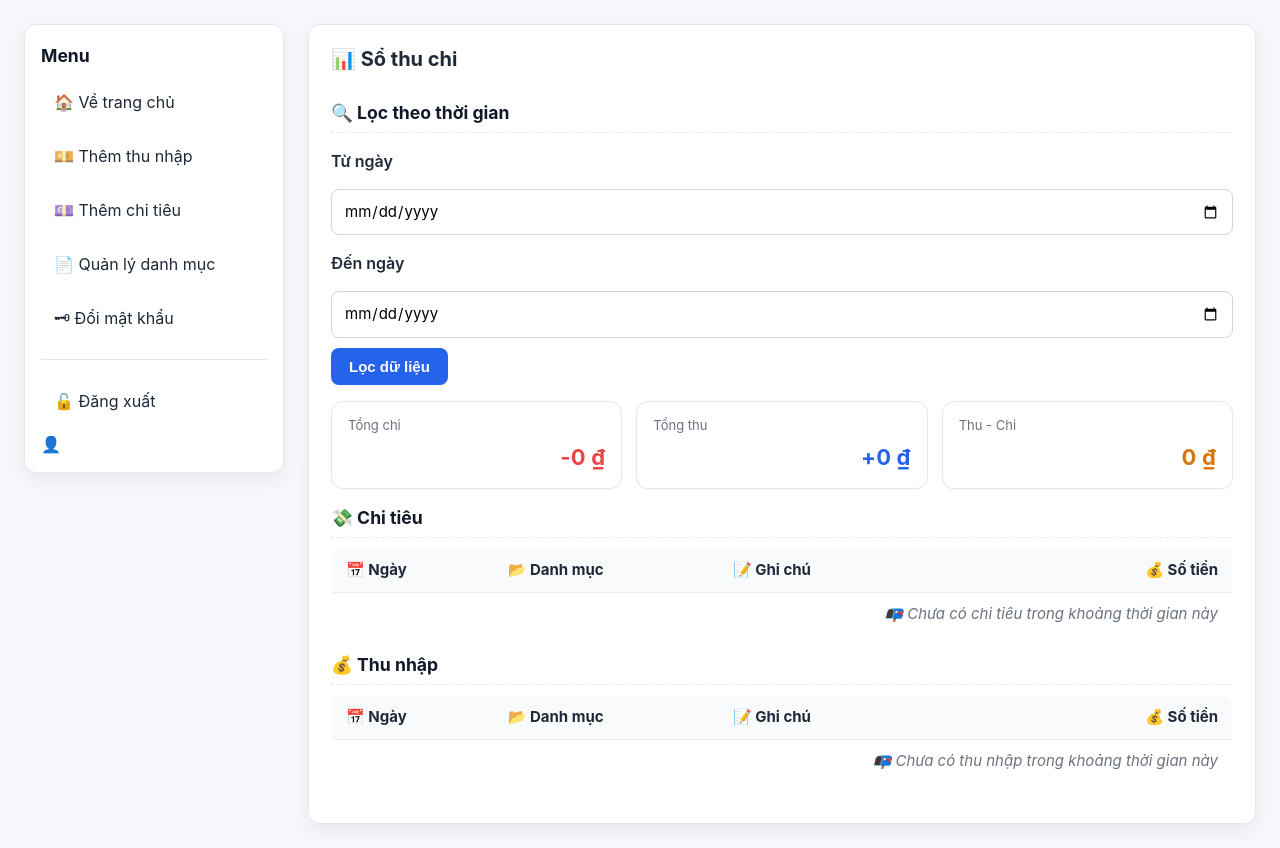
Repository: minhtvpy00202-git/KyThuatPhanMem_PY00202_MinhTV
Page: http://localhost/MiniExpense/WEB-INF/views/home.jsp
The author's editor kept a copy of each file at every save. The page is drawn from the files as they stood at one save, then again after the next save.
The browser window is 1280 px wide. The pictures show the whole page.
The page is served by Tomcat 10. Nobody is signed in. The template is opened directly, without the code that normally fills it, so the values that code supplies are empty.

Above is the page before, as saved 2025-10-17 20:39:25.

After the next save:
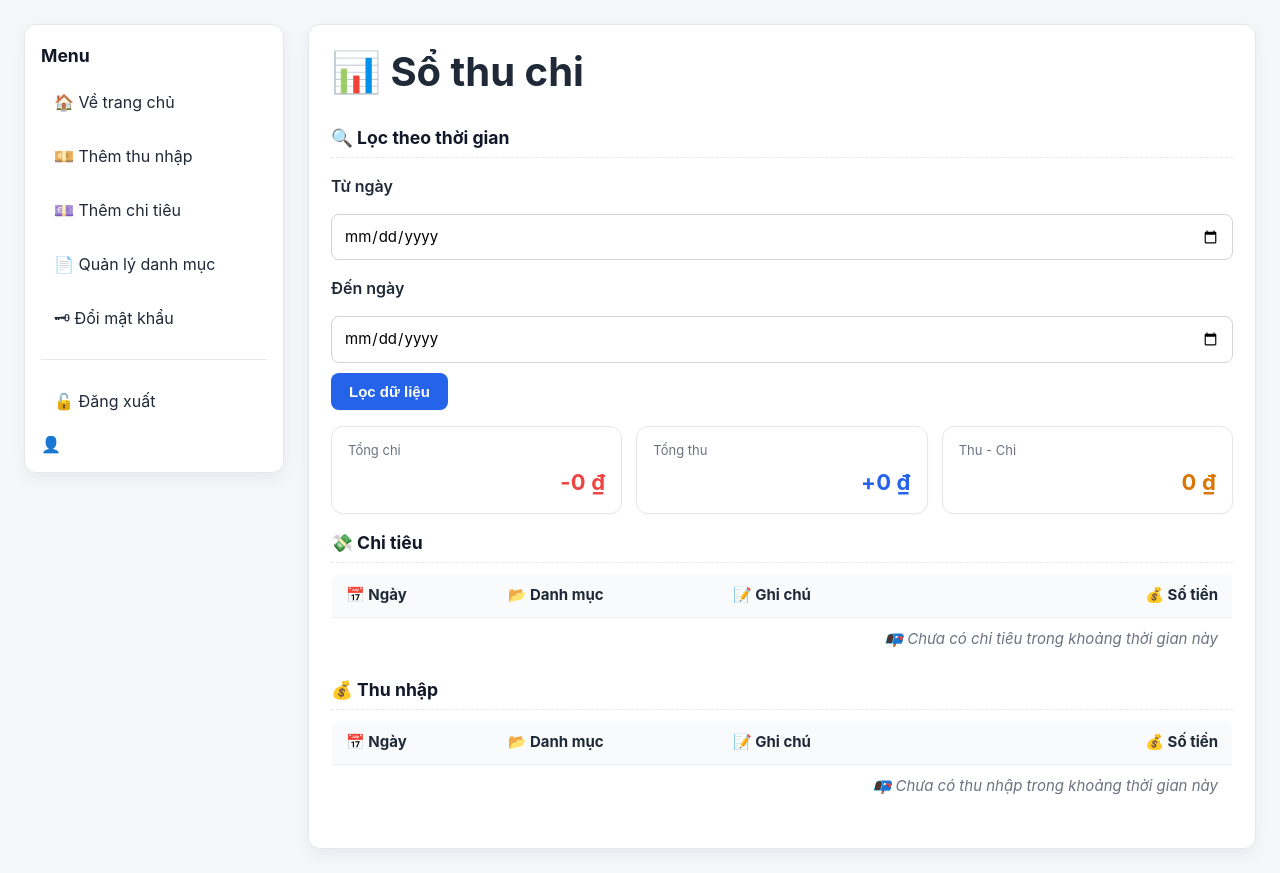
Saved 5 s later.
--- a/Source code/MiniExpense/src/main/webapp/WEB-INF/views/partials/home-body.jsp
+++ b/Source code/MiniExpense/src/main/webapp/WEB-INF/views/partials/home-body.jsp
@@ -4,7 +4,7 @@
 
 <!-- Tiêu đề trang -->
 <div class="page-header">
-	<h2 style="font-size: 20px;">📊 Sổ thu chi</h2>
+	<h2 style="font-size: 40px;">📊 Sổ thu chi</h2>
 </div>
 
 <!-- Bộ lọc theo thời gian -->
